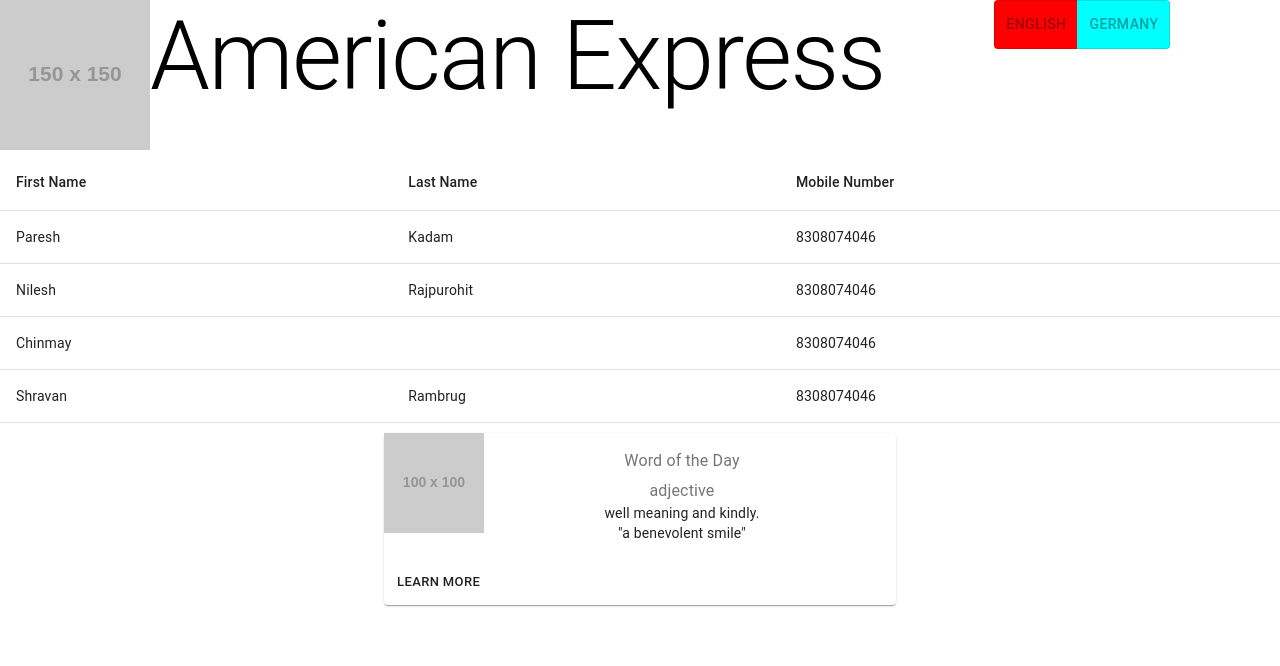
Repository: tavisca-pkadam/contentful-example
Page: /
The author's editor kept a copy of each file at every save. The page is drawn from the files as they stood at one save, then again after the next save.
The browser window is 1280 px wide. The pictures show the whole page.
The project was rebuilt for these pictures with package versions that can differ from the ones it lists, and the page was loaded fresh each time.

Above is the page before, as saved 2019-09-24 10:36:49.

### src/App.js
import React from 'react';
import logo from './logo.svg';
import './App.css';
import Header from './template/Header'
import Content from './template/Content'

function App() {
  return (
    <div className="App" >
     <Header/>
     <Content/>
    </div>
  );
}

export default App;

### src/template/Header.js
import React from 'react';
import { Grid, Typography } from '@material-ui/core';
import HeaderText from '../components/Header/HeaderText'
import Logo from '../components/Header/Logo'
import Locale from '../components/Header/Locale'

export default class Header extends React.PureComponent {
  render() {
    return (
        <div >
           <Logo/>
           <HeaderText/>
            <Locale/>
        </div>
    );
  }
}

### src/template/Content.js
import React from 'react';
import { Grid, Typography } from '@material-ui/core';
import NameList from '../components/Content/NameList'
import Banner from '../components/Content/Banner'


export default class Header extends React.PureComponent {
  render() {
    return (
        <div >
           <NameList/>
            <Banner/>
        </div>
    );
  }
}

### src/components/Header/HeaderText.js
import React from 'react';
import { Grid, Typography } from '@material-ui/core';

export default class HeaderText extends React.PureComponent {
  render() {
    return (
        <div style={{float:"left"}}>
          <Typography variant="h1" component="h2">
            American Express
        </Typography>
        </div>
    );
  }
}

### src/components/Header/Logo.js
import React from 'react';
import { Grid, Typography } from '@material-ui/core';

export default class HeaderText extends React.PureComponent {
  render() {
    return (
        <div style={{float:"left"}}>
          <img src="https://via.placeholder.com/150"/>
        </div>
    );
  }
}

### src/components/Header/Locale.js
import React from 'react';
import { Grid, Typography } from '@material-ui/core';
import ToggleButton from '@material-ui/lab/ToggleButton';
import ToggleButtonGroup from '@material-ui/lab/ToggleButtonGroup';

import List from '@material-ui/core/List';
import ListItem from '@material-ui/core/ListItem';
import ListItemIcon from '@material-ui/core/ListItemIcon';
import ListItemText from '@material-ui/core/ListItemText';

export default class HeaderText extends React.PureComponent {
  render() {
    return (
        <div >
           <ToggleButtonGroup
            // value={alignment}
            exclusive
            // onChange={handleAlignment}
            aria-label="text alignment"
          >
            <ToggleButton value="left" aria-label="left aligned" style={{backgroundColor:"red"}}>
              English
            </ToggleButton>
            <ToggleButton value="right" aria-label="centered" style={{backgroundColor:"aqua"}}>
              Germany
            </ToggleButton>

          </ToggleButtonGroup>
        </div>
    );
  }
}

### src/components/Content/NameList.js
import React from 'react';
import { Grid, Typography } from '@material-ui/core';
import Table from '@material-ui/core/Table';
import TableBody from '@material-ui/core/TableBody';
import TableCell from '@material-ui/core/TableCell';
import TableHead from '@material-ui/core/TableHead';
import TableRow from '@material-ui/core/TableRow';


export default class NameList extends React.PureComponent {
    render() {
      return (
          <div >
             <Table >
        <TableHead>
          <TableRow>
            <TableCell  align="left">First Name</TableCell>
            <TableCell align="left">Last Name</TableCell>
            <TableCell align="left">Mobile Number</TableCell>

          </TableRow>
        </TableHead>
        <TableBody>
          {/* {rows.map(row => (
            <TableRow key={row.name}>
              <TableCell component="th" scope="row">
                {row.name}
              </TableCell>
              <TableCell align="right">{row.calories}</TableCell>
              <TableCell align="right">{row.fat}</TableCell>
              <TableCell align="right">{row.carbs}</TableCell>
              <TableCell align="right">{row.protein}</TableCell>
            </TableRow>
          ))} */}
           <TableRow key="1">
              <TableCell align="left">Paresh</TableCell>
              <TableCell align="left">Kadam</TableCell>
              <TableCell align="left">8308074046</TableCell>
            </TableRow>
           <TableRow key="2">
              <TableCell align="left">Nilesh</TableCell>
              <TableCell align="left">Rajpurohit</TableCell>
              <TableCell align="left">8308074046</TableCell>
            </TableRow>
           <TableRow key="3">
              <TableCell align="left">Chinmay</TableCell>
              <TableCell align="left"></TableCell>
              <TableCell align="left">8308074046</TableCell>
            </TableRow>
           <TableRow key="4">
              <TableCell align="left">Shravan</TableCell>
              <TableCell align="left">Rambrug</TableCell>
              <TableCell align="left">8308074046</TableCell>
            </TableRow>
        </TableBody>
      </Table>
          </div>
      );
    }
  }

### src/components/Content/Banner.js
import Paper from '@material-ui/core/Paper';
import React from 'react';
import Card from '@material-ui/core/Card';
import CardActions from '@material-ui/core/CardActions';
import CardContent from '@material-ui/core/CardContent';
import Button from '@material-ui/core/Button';
import Typography from '@material-ui/core/Typography';

export default class Banner extends React.PureComponent {
  render() {
    return (
        <div >
            <center>

         <Paper style={{width:"40%", marginTop:"10px"}}>
         <img src="https://via.placeholder.com/100" style={{float:"left"}}/>

      <CardContent>
        <Typography color="textSecondary" gutterBottom>
          Word of the Day
        </Typography>

        <Typography  color="textSecondary">
          adjective
        </Typography>
        <Typography variant="body2" component="p">
          well meaning and kindly.
          <br />
          {'"a benevolent smile"'}
        </Typography>
      </CardContent>
      <CardActions>
        <Button size="small">Learn More</Button>
      </CardActions>
         </Paper>
         </center>
        </div>
    );
  }
}

Loaded but not shown: public/index.html (common file); src/index.js (common file); src/index.css (common file); src/serviceWorker.js (common file); src/App.css (common file)

After the next save:
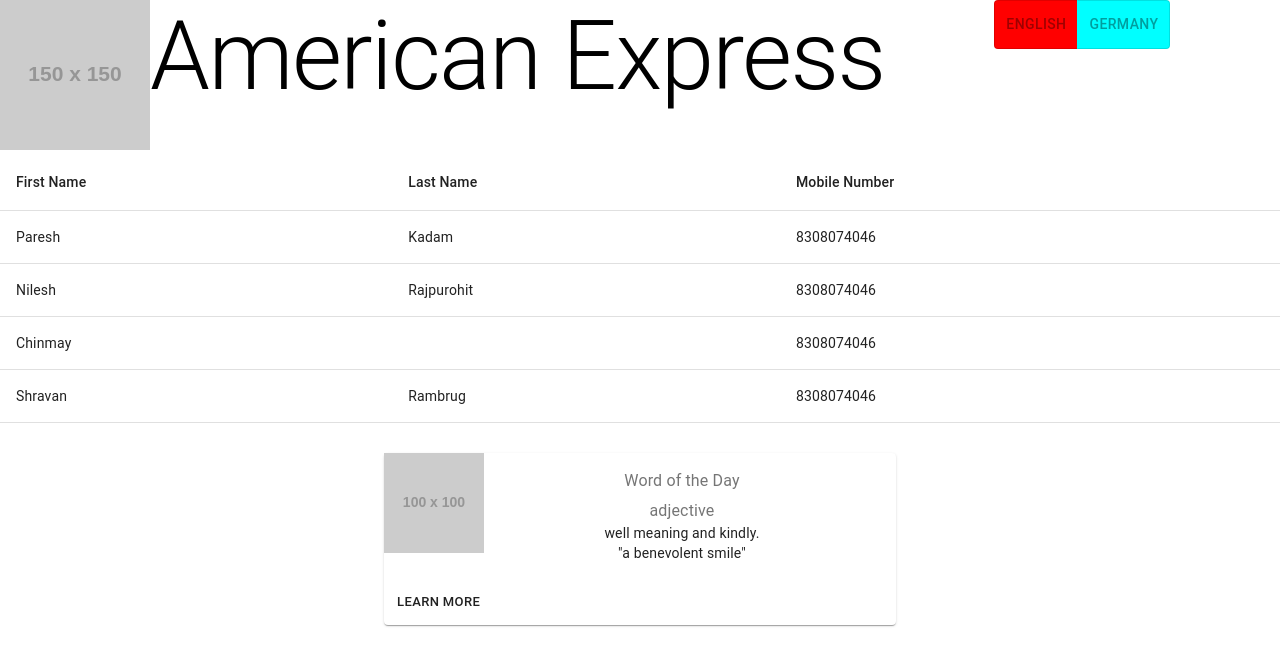
Saved 23 s later.
--- a/src/components/Content/Banner.js
+++ b/src/components/Content/Banner.js
@@ -12,7 +12,7 @@
         <div >
             <center>
 
-         <Paper style={{width:"40%", marginTop:"10px"}}>
+         <Paper style={{width:"40%", marginTop:"30px"}}>
          <img src="https://via.placeholder.com/100" style={{float:"left"}}/>
 
       <CardContent>
